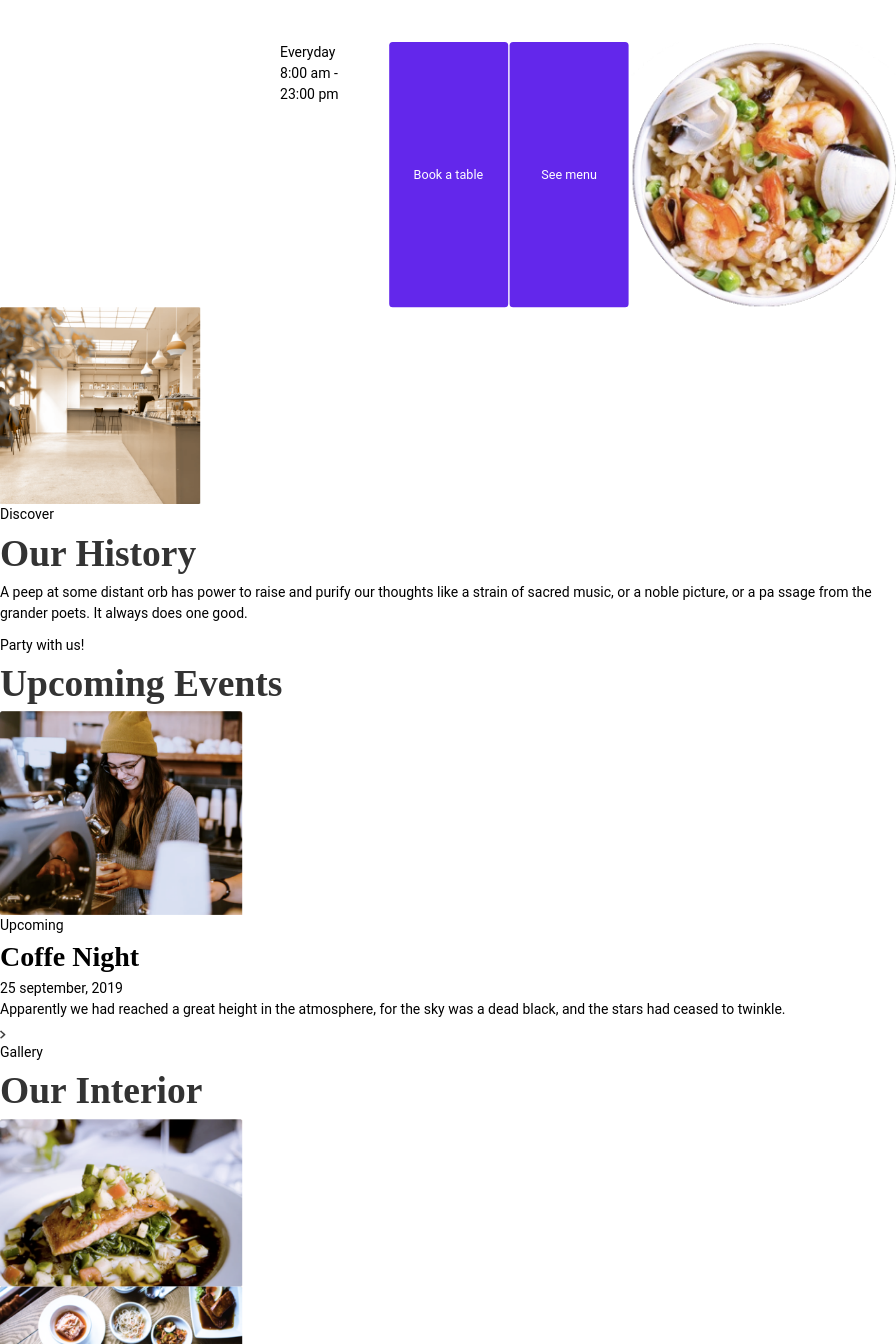
Repository: murilopellis-12/Tailwind-Prova
Page: index.html
The author's editor kept a copy of each file at every save. The page is drawn from the files as they stood at one save, then again after a run of saves.
The browser window is 1280 px wide. The pictures show the part of the page from y = 0 to 1920 px (the page is 4265 px tall before and 4266 px after), at 70% of full size.

Above is the page before, as saved 2026-10-26 20:12:58.
Not found: style.css

After the next 2 saves:
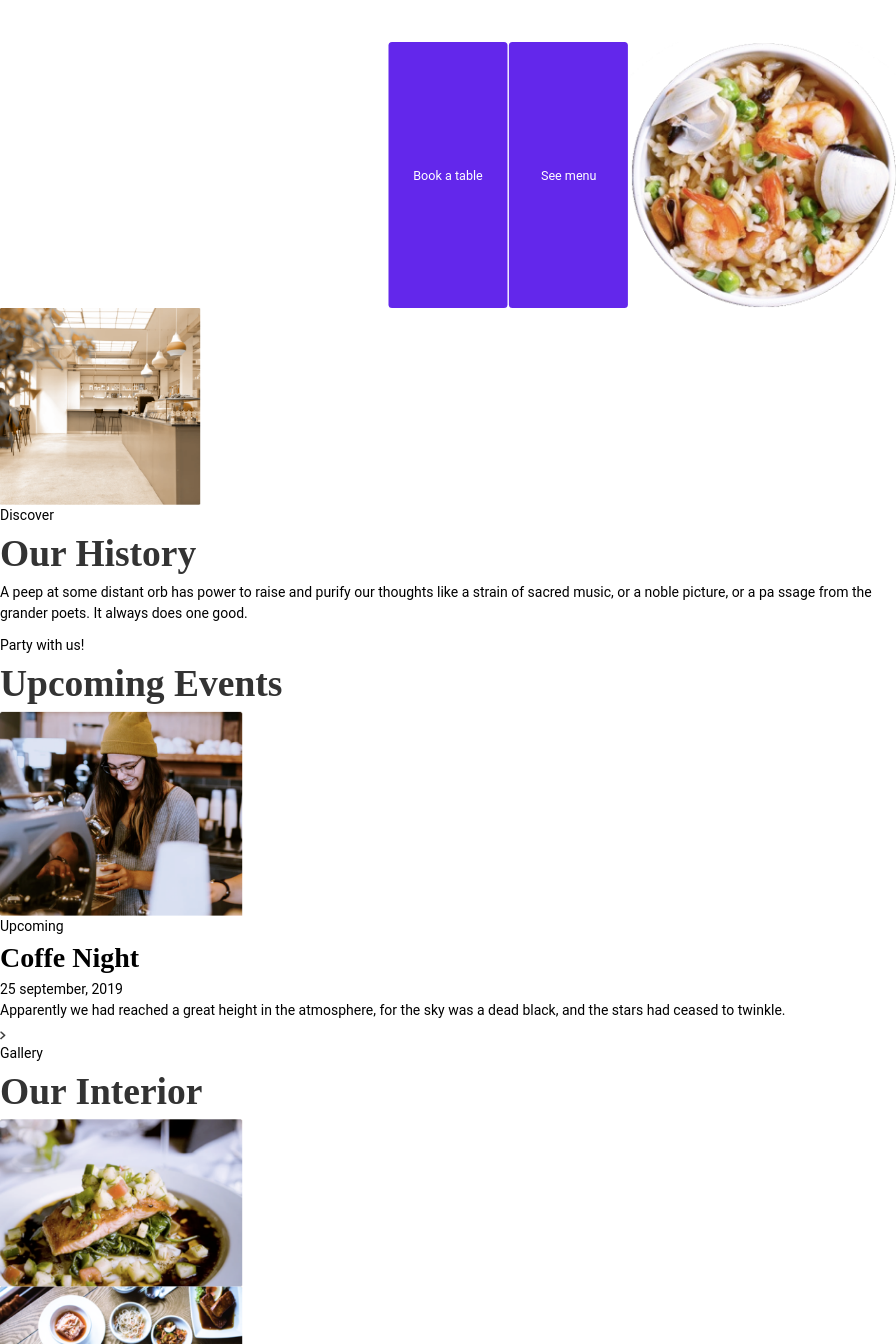
The 2 saves are shown as one change because they came seconds apart.
The last was saved 8 s later.
--- a/index.html
+++ b/index.html
@@ -123,7 +123,7 @@
       <div class="div-agrupar-conteudo-hero flex flex-column gap-[clamp(3.6rem, calc(1.982rem + 4.314vw), 6.4rem)]">
         <div class="conteudo-hero h-auto flex flex-column justify-center gap-[4rem]">
           <h1 id="h1-pagina-principal">Welcome to our restaurant</h1>
-          <p id="horario-funcionamento-hero text-[2.4rem] font-light text-[var(--cor-terciaria)]">Everyday 8:00 am - 23:00 pm</p>
+          <p id="horario-funcionamento-hero" class="text-[2.4rem] font-light text-[var(--cor-terciaria)]">Everyday 8:00 am - 23:00 pm</p>
           <div class="botoes-hero grid grid-cols-[1fr_1fr] gap-[clamp(0.6rem,calc(-0.245rem + 2.254vw),3rem)] h-auto w-[100%] max-w-[345px]">
             <button
               aria-label="abre a reserva de mesa"
